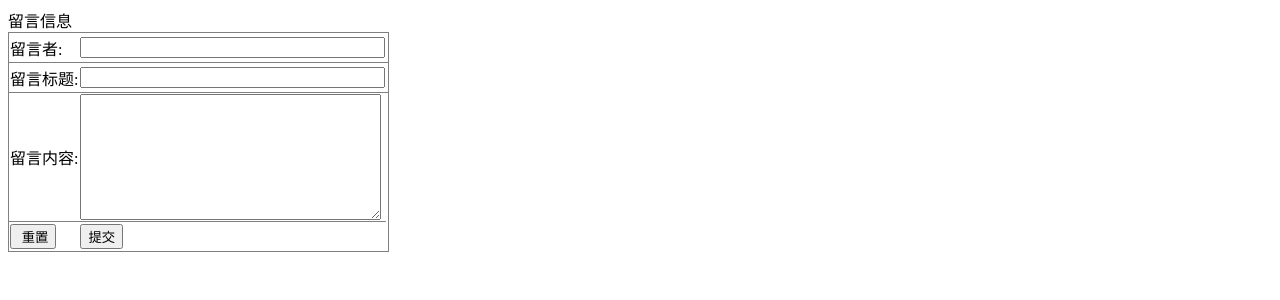
Repository: wikelgc/JSP
Page: http://localhost/HTML5_from/
An editor plug-in stored every save of this project. The page is shown before and after the next save, followed by the edit.
The browser window is 1280 px wide. The pictures show the whole page.
The page is served by Tomcat 9.

Above is the page before, as saved 2015-06-02 08:22:19.

### HTML5_from/WebRoot/index.jsp
<%@page  contentType="text/html; charset=utf-8"  %>

<!DOCTYPE HTML PUBLIC "-//W3C//DTD HTML 4.01 Transitional//EN">
<html>
  <head>
	  留言信息
  </head>

  <body>
    <from action = "addWord.jsp" method = "post">
    	<table border = "1" rules = "rows">
    		<tr height = "30">
	    		<td>留言者:</td><td><input type="text" name="author" size="35"><td><tr>
	    	<tr height = "30">
	    		<td>留言标题:</td><td><input type = "text" name = "title" size="35" ><td><tr>
	    	<tr>
	    		<td>留言内容:</td><td><textarea name = "content" rows= "8" cols = "35" ></textarea></td></tr>
	    	<tr height = "30">
	    	  	<td><input type = "reset" value=" 重置"></td>
	    	  	<td><input type = "submit" value = "提交"></td>
	    	</tr>
    	</table>
    </from>
  </body>
</html>

After the next save:
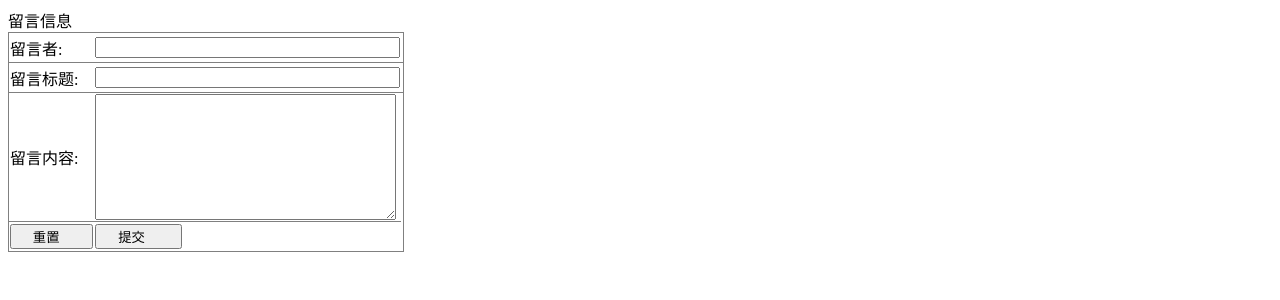
Saved 87 s later.
--- a/HTML5_from/WebRoot/index.jsp
+++ b/HTML5_from/WebRoot/index.jsp
@@ -16,8 +16,8 @@
 	    	<tr>
 	    		<td>留言内容:</td><td><textarea name = "content" rows= "8" cols = "35" ></textarea></td></tr>
 	    	<tr height = "30">
-	    	  	<td><input type = "reset" value=" 重置"></td>
-	    	  	<td><input type = "submit" value = "提交"></td>
+	    	  	<td><input type = "reset" value="    重置       "></td>
+	    	  	<td><input type = "submit" value = "    提交        "></td>
 	    	</tr>
     	</table>
     </from>
